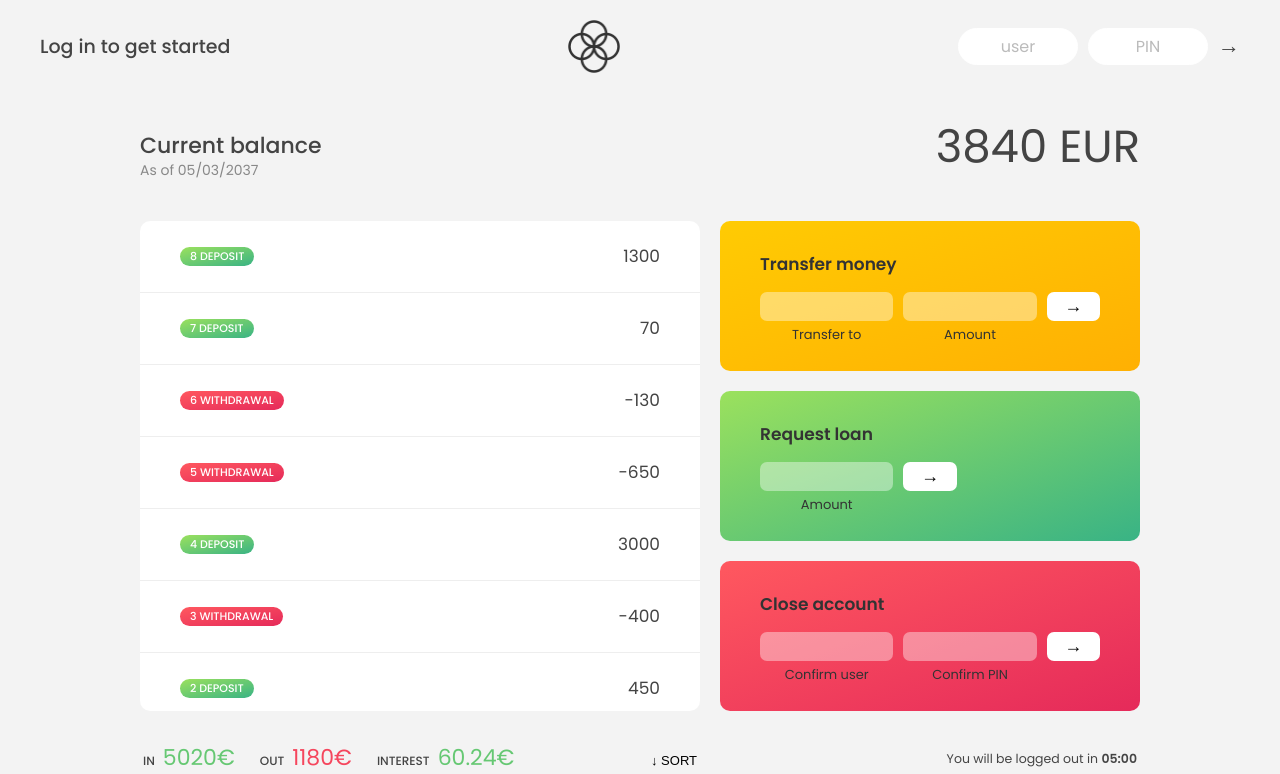
Repository: baodien1405/bankist-project
Page: index.html
These files come from the project's save history. The page is drawn as it stood at one moment and after the next save; the edit follows.
The browser window is 1280 px wide. The pictures show the whole page.
An inner scrolling area shows only its first screen.

Above is the page before, as saved 2022-01-07 14:24:56.

### index.html
<!DOCTYPE html>
<html lang="en">
  <head>
    <meta charset="UTF-8" />
    <meta name="viewport" content="width=device-width, initial-scale=1.0" />
    <meta http-equiv="X-UA-Compatible" content="ie=edge" />
    <link rel="shortcut icon" type="image/png" href="/icon.png" />

    <link
      href="https://fonts.googleapis.com/css?family=Poppins:400,500,600&display=swap"
      rel="stylesheet"
    />

    <link rel="stylesheet" href="style.css" />
    <title>Bankist</title>
  </head>
  <body>
    <!-- TOP NAVIGATION -->
    <nav>
      <p class="welcome">Log in to get started</p>
      <img src="logo.png" alt="Logo" class="logo" />
      <form class="login">
        <input
          type="text"
          placeholder="user"
          class="login__input login__input--user"
        />
        <!-- In practice, use type="password" -->
        <input
          type="text"
          placeholder="PIN"
          maxlength="4"
          class="login__input login__input--pin"
        />
        <button class="login__btn">&rarr;</button>
      </form>
    </nav>

    <main class="app">
      <!-- BALANCE -->
      <div class="balance">
        <div>
          <p class="balance__label">Current balance</p>
          <p class="balance__date">
            As of <span class="date">05/03/2037</span>
          </p>
        </div>
        <p class="balance__value">0000€</p>
      </div>

      <!-- MOVEMENTS -->
      <div class="movements">
        <div class="movements__row">
          <div class="movements__type movements__type--deposit">2 deposit</div>
          <div class="movements__date">3 days ago</div>
          <div class="movements__value">4 000€</div>
        </div>
        <div class="movements__row">
          <div class="movements__type movements__type--withdrawal">
            1 withdrawal
          </div>
          <div class="movements__date">24/01/2037</div>
          <div class="movements__value">-378€</div>
        </div>
      </div>

      <!-- SUMMARY -->
      <div class="summary">
        <p class="summary__label">In</p>
        <p class="summary__value summary__value--in">0000€</p>
        <p class="summary__label">Out</p>
        <p class="summary__value summary__value--out">0000€</p>
        <p class="summary__label">Interest</p>
        <p class="summary__value summary__value--interest">0000€</p>
        <button class="btn--sort">&downarrow; SORT</button>
      </div>

      <!-- OPERATION: TRANSFERS -->
      <div class="operation operation--transfer">
        <h2>Transfer money</h2>
        <form class="form form--transfer">
          <input type="text" class="form__input form__input--to" />
          <input type="number" class="form__input form__input--amount" />
          <button class="form__btn form__btn--transfer">&rarr;</button>
          <label class="form__label">Transfer to</label>
          <label class="form__label">Amount</label>
        </form>
      </div>

      <!-- OPERATION: LOAN -->
      <div class="operation operation--loan">
        <h2>Request loan</h2>
        <form class="form form--loan">
          <input type="number" class="form__input form__input--loan-amount" />
          <button class="form__btn form__btn--loan">&rarr;</button>
          <label class="form__label form__label--loan">Amount</label>
        </form>
      </div>

      <!-- OPERATION: CLOSE -->
      <div class="operation operation--close">
        <h2>Close account</h2>
        <form class="form form--close">
          <input type="text" class="form__input form__input--user" />
          <input
            type="password"
            maxlength="6"
            class="form__input form__input--pin"
          />
          <button class="form__btn form__btn--close">&rarr;</button>
          <label class="form__label">Confirm user</label>
          <label class="form__label">Confirm PIN</label>
        </form>
      </div>

      <!-- LOGOUT TIMER -->
      <p class="logout-timer">
        You will be logged out in <span class="timer">05:00</span>
      </p>
    </main>

    <!-- <footer>
      &copy; by Jonas Schmedtmann. Don't claim as your own :)
    </footer> -->

    <script src="script.js"></script>
  </body>
</html>

### style.css
/*
 * Use this CSS to learn some intersting techniques,
 * in case you're wondering how I built the UI.
 * Have fun! 😁
 */

* {
  margin: 0;
  padding: 0;
  box-sizing: inherit;
}

html {
  font-size: 62.5%;
  box-sizing: border-box;
}

body {
  font-family: 'Poppins', sans-serif;
  color: #444;
  background-color: #f3f3f3;
  height: 100vh;
  padding: 2rem;
}

nav {
  display: flex;
  justify-content: space-between;
  align-items: center;
  padding: 0 2rem;
}

.welcome {
  font-size: 1.9rem;
  font-weight: 500;
}

.logo {
  height: 5.25rem;
}

.login {
  display: flex;
}

.login__input {
  border: none;
  padding: 0.5rem 2rem;
  font-size: 1.6rem;
  font-family: inherit;
  text-align: center;
  width: 12rem;
  border-radius: 10rem;
  margin-right: 1rem;
  color: inherit;
  border: 1px solid #fff;
  transition: all 0.3s;
}

.login__input:focus {
  outline: none;
  border: 1px solid #ccc;
}

.login__input::placeholder {
  color: #bbb;
}

.login__btn {
  border: none;
  background: none;
  font-size: 2.2rem;
  color: inherit;
  cursor: pointer;
  transition: all 0.3s;
}

.login__btn:hover,
.login__btn:focus,
.btn--sort:hover,
.btn--sort:focus {
  outline: none;
  color: #777;
}

/* MAIN */
.app {
  position: relative;
  max-width: 100rem;
  margin: 4rem auto;
  display: grid;
  grid-template-columns: 4fr 3fr;
  grid-template-rows: auto repeat(3, 15rem) auto;
  gap: 2rem;

  /* NOTE This creates the fade in/out anumation */
  /* opacity: 0; */
  transition: all 1s;
}

.balance {
  grid-column: 1 / span 2;
  display: flex;
  align-items: flex-end;
  justify-content: space-between;
  margin-bottom: 2rem;
}

.balance__label {
  font-size: 2.2rem;
  font-weight: 500;
  margin-bottom: -0.2rem;
}

.balance__date {
  font-size: 1.4rem;
  color: #888;
}

.balance__value {
  font-size: 4.5rem;
  font-weight: 400;
}

/* MOVEMENTS */
.movements {
  grid-row: 2 / span 3;
  background-color: #fff;
  border-radius: 1rem;
  overflow: scroll;
}

.movements__row {
  padding: 2.25rem 4rem;
  display: flex;
  align-items: center;
  border-bottom: 1px solid #eee;
}

.movements__type {
  font-size: 1.1rem;
  text-transform: uppercase;
  font-weight: 500;
  color: #fff;
  padding: 0.1rem 1rem;
  border-radius: 10rem;
  margin-right: 2rem;
}

.movements__date {
  font-size: 1.1rem;
  text-transform: uppercase;
  font-weight: 500;
  color: #666;
}

.movements__type--deposit {
  background-image: linear-gradient(to top left, #39b385, #9be15d);
}

.movements__type--withdrawal {
  background-image: linear-gradient(to top left, #e52a5a, #ff585f);
}

.movements__value {
  font-size: 1.7rem;
  margin-left: auto;
}

/* SUMMARY */
.summary {
  grid-row: 5 / 6;
  display: flex;
  align-items: baseline;
  padding: 0 0.3rem;
  margin-top: 1rem;
}

.summary__label {
  font-size: 1.2rem;
  font-weight: 500;
  text-transform: uppercase;
  margin-right: 0.8rem;
}

.summary__value {
  font-size: 2.2rem;
  margin-right: 2.5rem;
}

.summary__value--in,
.summary__value--interest {
  color: #66c873;
}

.summary__value--out {
  color: #f5465d;
}

.btn--sort {
  margin-left: auto;
  border: none;
  background: none;
  font-size: 1.3rem;
  font-weight: 500;
  cursor: pointer;
}

/* OPERATIONS */
.operation {
  border-radius: 1rem;
  padding: 3rem 4rem;
  color: #333;
}

.operation--transfer {
  background-image: linear-gradient(to top left, #ffb003, #ffcb03);
}

.operation--loan {
  background-image: linear-gradient(to top left, #39b385, #9be15d);
}

.operation--close {
  background-image: linear-gradient(to top left, #e52a5a, #ff585f);
}

h2 {
  margin-bottom: 1.5rem;
  font-size: 1.7rem;
  font-weight: 600;
  color: #333;
}

.form {
  display: grid;
  grid-template-columns: 2.5fr 2.5fr 1fr;
  grid-template-rows: auto auto;
  gap: 0.4rem 1rem;
}

/* Exceptions for interst */
.form.form--loan {
  grid-template-columns: 2.5fr 1fr 2.5fr;
}
.form__label--loan {
  grid-row: 2;
}
/* End exceptions */

.form__input {
  width: 100%;
  border: none;
  background-color: rgba(255, 255, 255, 0.4);
  font-family: inherit;
  font-size: 1.5rem;
  text-align: center;
  color: #333;
  padding: 0.3rem 1rem;
  border-radius: 0.7rem;
  transition: all 0.3s;
}

.form__input:focus {
  outline: none;
  background-color: rgba(255, 255, 255, 0.6);
}

.form__label {
  font-size: 1.3rem;
  text-align: center;
}

.form__btn {
  border: none;
  border-radius: 0.7rem;
  font-size: 1.8rem;
  background-color: #fff;
  cursor: pointer;
  transition: all 0.3s;
}

.form__btn:focus {
  outline: none;
  background-color: rgba(255, 255, 255, 0.8);
}

.logout-timer {
  padding: 0 0.3rem;
  margin-top: 1.9rem;
  text-align: right;
  font-size: 1.25rem;
}

.timer {
  font-weight: 600;
}

### script.js
'use strict';

/////////////////////////////////////////////////
/////////////////////////////////////////////////
// BANKIST APP

// Data
const account1 = {
  owner: 'Jonas Schmedtmann',
  movements: [200, 450, -400, 3000, -650, -130, 70, 1300],
  interestRate: 1.2, // %
  pin: 1111,
};

const account2 = {
  owner: 'Jessica Davis',
  movements: [5000, 3400, -150, -790, -3210, -1000, 8500, -30],
  interestRate: 1.5,
  pin: 2222,
};

const account3 = {
  owner: 'Steven Thomas Williams',
  movements: [200, -200, 340, -300, -20, 50, 400, -460],
  interestRate: 0.7,
  pin: 3333,
};

const account4 = {
  owner: 'Sarah Smith',
  movements: [430, 1000, 700, 50, 90],
  interestRate: 1,
  pin: 4444,
};

const accounts = [account1, account2, account3, account4];

// Elements
const labelWelcome = document.querySelector('.welcome');
const labelDate = document.querySelector('.date');
const labelBalance = document.querySelector('.balance__value');
const labelSumIn = document.querySelector('.summary__value--in');
const labelSumOut = document.querySelector('.summary__value--out');
const labelSumInterest = document.querySelector('.summary__value--interest');
const labelTimer = document.querySelector('.timer');

const containerApp = document.querySelector('.app');
const containerMovements = document.querySelector('.movements');

const btnLogin = document.querySelector('.login__btn');
const btnTransfer = document.querySelector('.form__btn--transfer');
const btnLoan = document.querySelector('.form__btn--loan');
const btnClose = document.querySelector('.form__btn--close');
const btnSort = document.querySelector('.btn--sort');

const inputLoginUsername = document.querySelector('.login__input--user');
const inputLoginPin = document.querySelector('.login__input--pin');
const inputTransferTo = document.querySelector('.form__input--to');
const inputTransferAmount = document.querySelector('.form__input--amount');
const inputLoanAmount = document.querySelector('.form__input--loan-amount');
const inputCloseUsername = document.querySelector('.form__input--user');
const inputClosePin = document.querySelector('.form__input--pin');

const displayMovements = function (movements) {
  containerMovements.textContent = '';

  movements.forEach((mov, i) => {
    const type = mov > 0 ? 'deposit' : 'withdrawal';

    const html = `
      <div class="movements__row">
        <div class="movements__type movements__type--${type}">${
      i + 1
    } ${type}</div>
        <div class="movements__value">${mov}</div>
      </div>`;

    containerMovements.insertAdjacentHTML('afterbegin', html);
  });
};
displayMovements(account1.movements);

const calcDisplayBalance = movements => {
  const balance = movements.reduce((acc, mov) => acc + mov, 0);
  labelBalance.textContent = `${balance} EUR`;
};
calcDisplayBalance(account1.movements);

const calcDisplaySummary = movements => {
  const incomes = movements
    .filter(move => move > 0)
    .reduce((acc, mov) => acc + mov, 0);

  labelSumIn.textContent = `${incomes}€`;

  const outcomes = movements
    .filter(move => move < 0)
    .reduce((acc, mov) => acc + mov, 0);

  labelSumOut.textContent = `${Math.abs(outcomes)}€`;

  const interest = movements
    .filter(move => move > 0)
    .map(mov => (mov * 1.2) / 100)
    .reduce((acc, mov) => acc + mov, 0);

  labelSumInterest.textContent = `${interest}€`;
};

calcDisplaySummary(account1.movements);

const createUsernames = function (accs) {
  accs.forEach(acc => {
    acc.username = acc.owner
      .toLowerCase()
      .split(' ')
      .map(name => name[0])
      .join('');
  });
};

createUsernames(accounts);

/////////////////////////////////////////////////
/////////////////////////////////////////////////
// LECTURES

const currencies = new Map([
  ['USD', 'United States dollar'],
  ['EUR', 'Euro'],
  ['GBP', 'Pound sterling'],
]);

const movements = [200, 450, -400, 3000, -650, -130, 70, 1300];

/////////////////////////////////////////////////

After the next save:
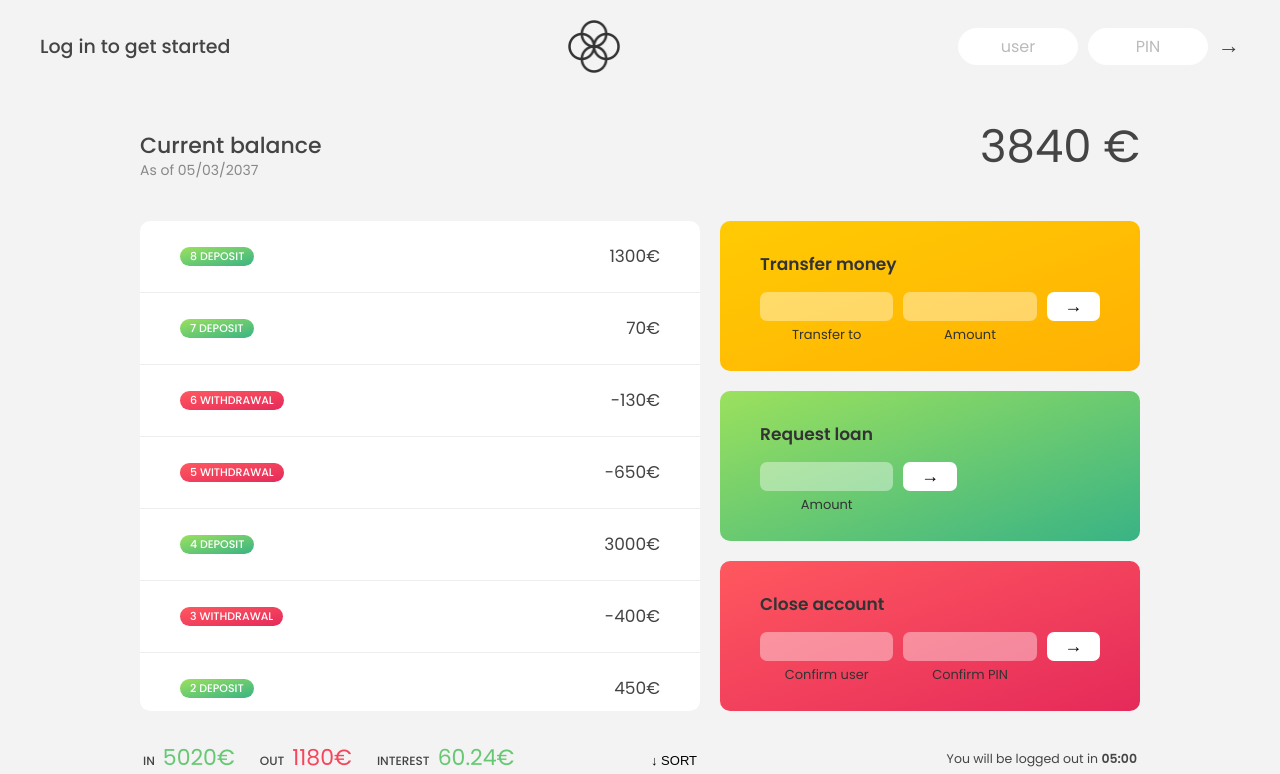
Saved 29 s later.
--- a/script.js
+++ b/script.js
@@ -72,7 +72,7 @@ const displayMovements = function (movements) {
         <div class="movements__type movements__type--${type}">${
       i + 1
     } ${type}</div>
-        <div class="movements__value">${mov}</div>
+        <div class="movements__value">${mov}€</div>
       </div>`;
 
     containerMovements.insertAdjacentHTML('afterbegin', html);
@@ -82,7 +82,7 @@ displayMovements(account1.movements);
 
 const calcDisplayBalance = movements => {
   const balance = movements.reduce((acc, mov) => acc + mov, 0);
-  labelBalance.textContent = `${balance} EUR`;
+  labelBalance.textContent = `${balance} €`;
 };
 calcDisplayBalance(account1.movements);
 
